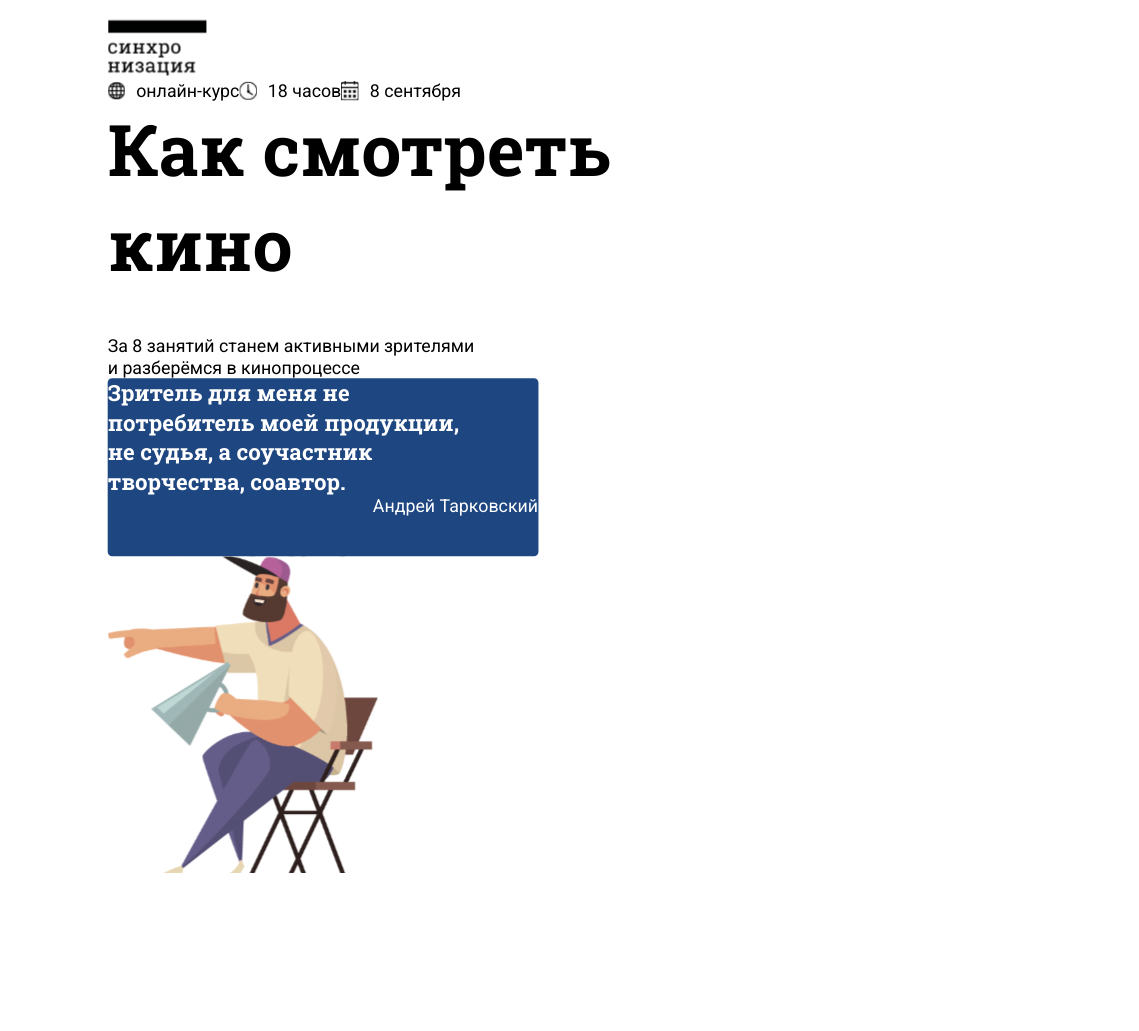
Repository: kubrazamanova/project1
Page: index.html
The author's editor kept a copy of each file at every save. The page is drawn from the files as they stood at one save, then again after the next save.
The browser window is 1280 px wide. The pictures show the whole page, at 89% of full size.

Above is the page before, as saved 2023-09-09 12:49:13.

After the next save:
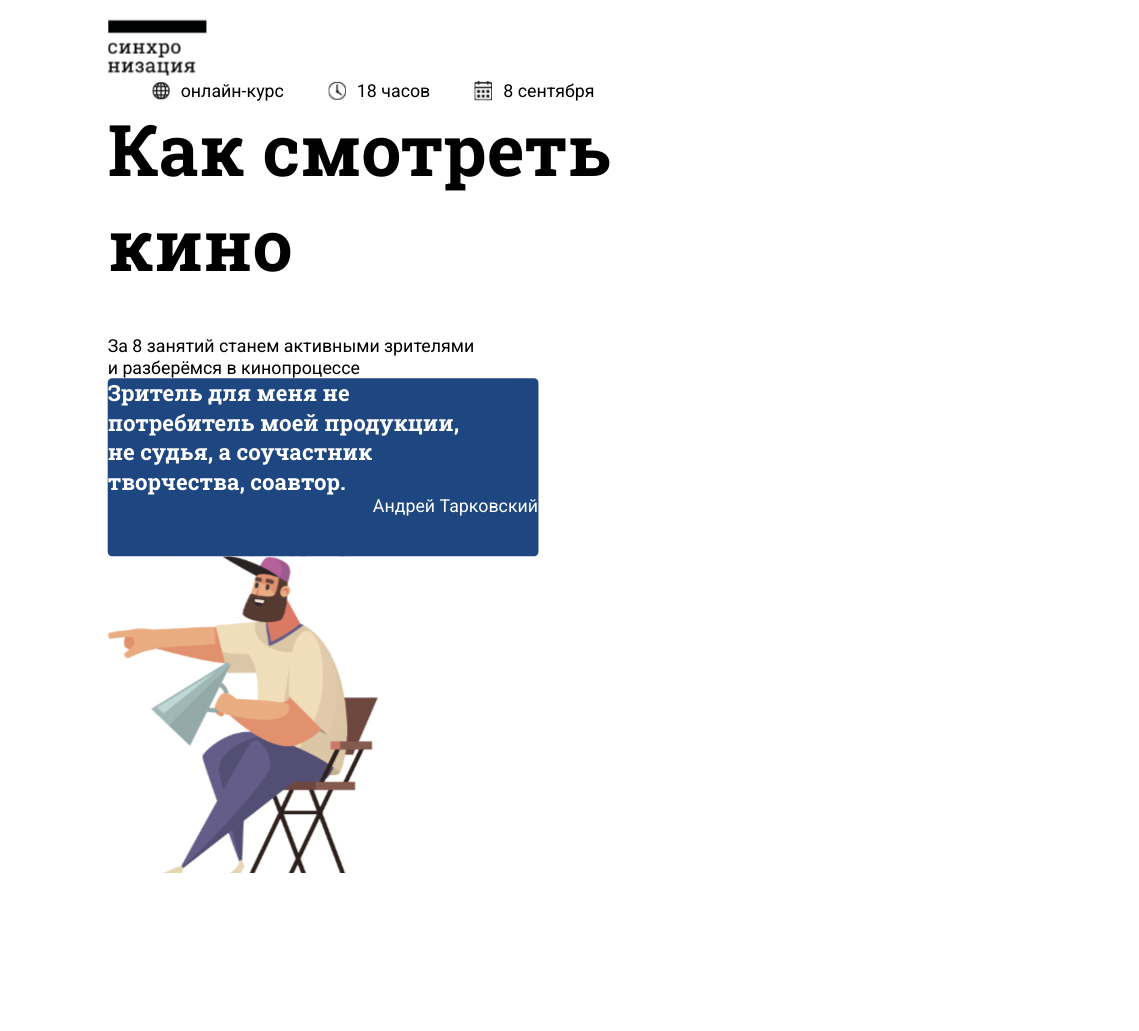
Saved 5 s later.
--- a/index.css
+++ b/index.css
@@ -16,7 +16,7 @@
 }
 .container ul li{
 display: flex;
-marg
+margin-left: 50px;
 }
 .container ul li img{
     margin-right: 12px;

After the save that followed:
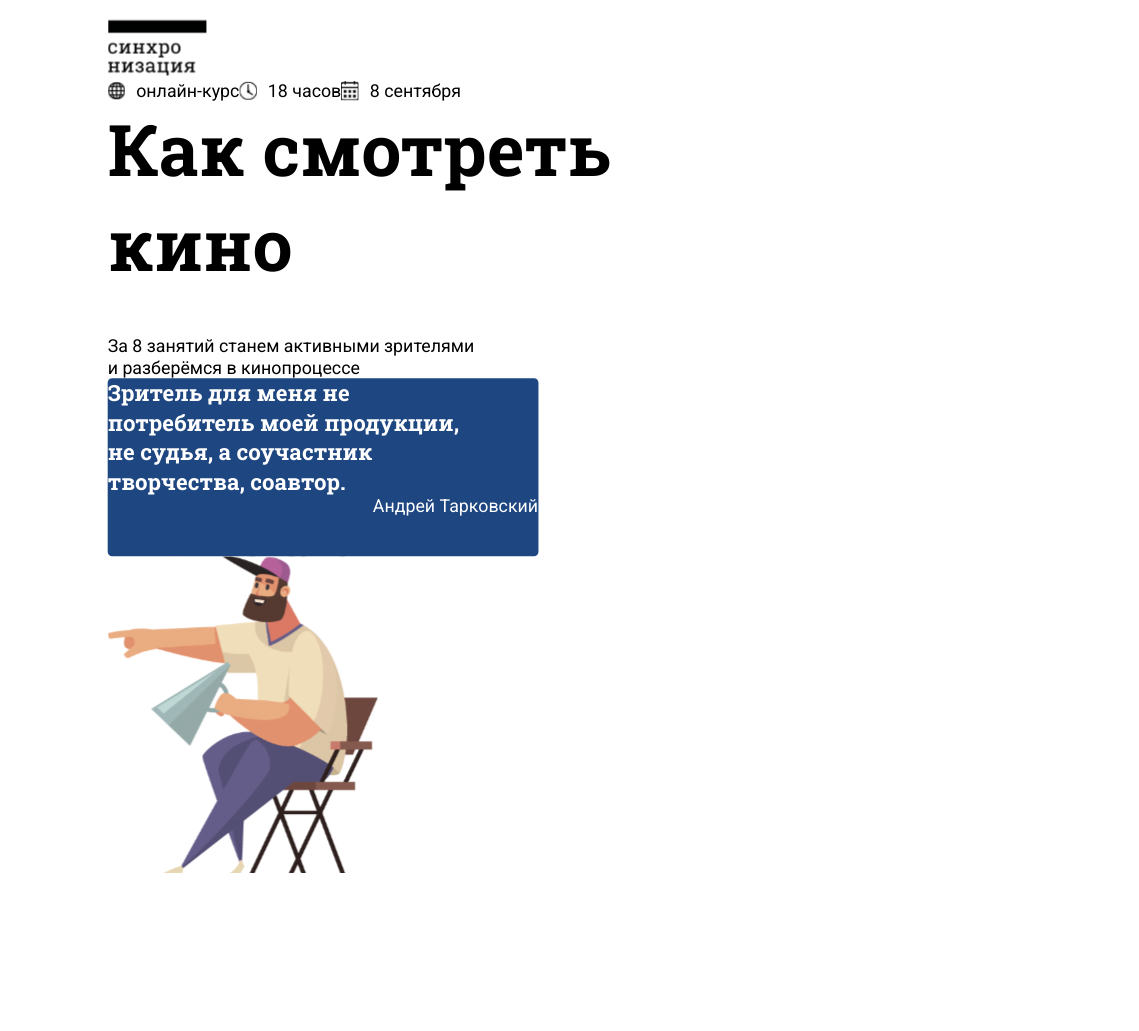
Saved 23 s later.
--- a/index.css
+++ b/index.css
@@ -16,7 +16,7 @@
 }
 .container ul li{
 display: flex;
-margin-left: 50px;
+/* margin-left: 50px; */
 }
 .container ul li img{
     margin-right: 12px;
